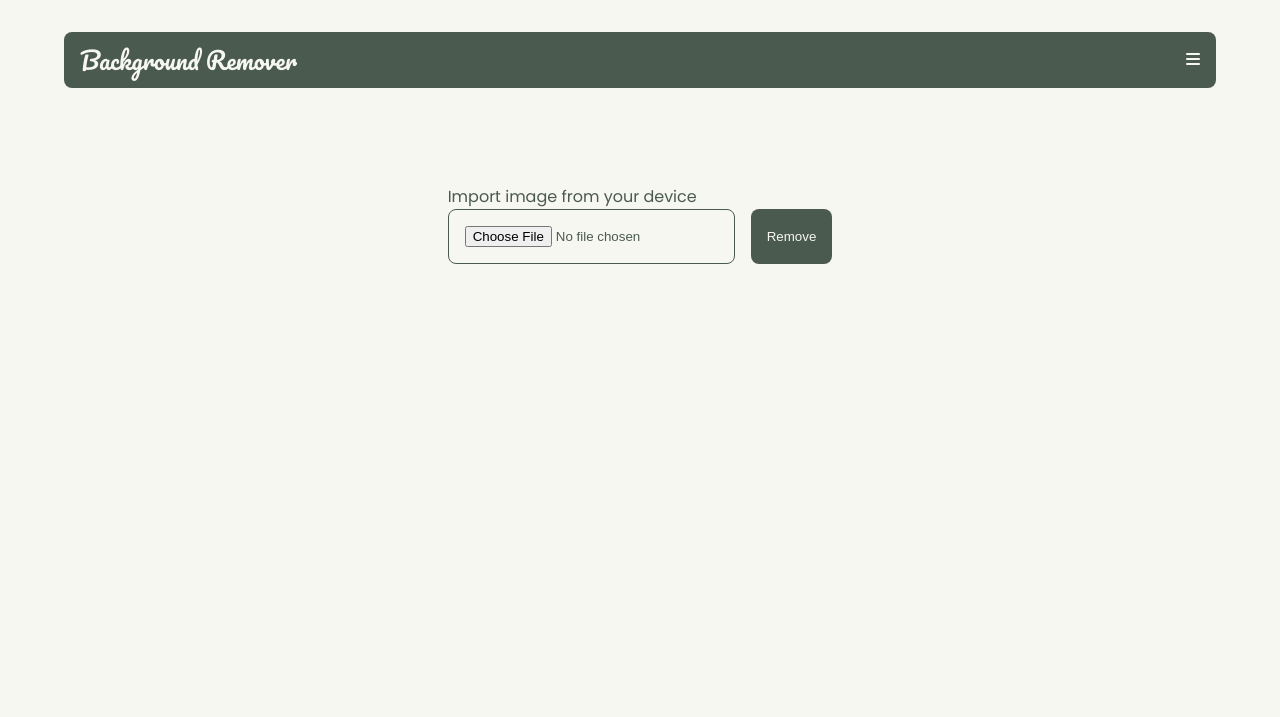
Repository: Oyasikelly/backgroundremover
Page: /
An editor plug-in stored every save of this project. The page is shown before and after the next save, followed by the edit.
The browser window is 1280 px wide. The pictures show the whole page.
Some web libraries are served in a nearby version. The project was rebuilt for these pictures with package versions that can differ from the ones it lists, and the page was loaded fresh each time. Also part of the build but not shown: vite.config.js, src/Components/SavedImages.jsx.

Above is the page before, as saved 2024-12-18 13:34:17.

### index.html
<!-- @format -->

<!DOCTYPE html>
<html lang="en">
  <head>
    <meta charset="UTF-8" />
    <link rel="icon" type="image/svg+xml" href="/vite.svg" />
    <meta name="viewport" content="width=device-width, initial-scale=1.0" />
    <title>Background Remover</title>
  </head>
  <body>
    <div id="root"></div>
    <script type="module" src="/src/main.jsx"></script>
    <script
      src="https://kit.fontawesome.com/09244cd8e5.js"
      crossorigin="anonymous"
    ></script>
  </body>
</html>

### src/App.jsx
/** @format */

// import { useState } from "react";
import { useState } from "react";
import "./App.css";
import { BrowserRouter, Routes, Route } from "react-router-dom";
import Remover from "./Components/Remover";
import SavedImages from "./Components/SavedImages";
export default function App() {
  const [menu, setMenu] = useState(false);
  const [webURL, setWebURL] = useState("");
  const [importedURL, setImportedURL] = useState("");

  return (
    <BrowserRouter>
      <div className="wrapper">
        <Routes>
          <Route
            path="/"
            element={
              <Remover
                menu={menu}
                setMenu={setMenu}
                webURL={webURL}
                setWebURL={setWebURL}
                importedURL={importedURL}
                setImportedURL={setImportedURL}
              />
            }
          />
          <Route path="/SavedImages" Component={SavedImages} />
        </Routes>
      </div>
    </BrowserRouter>
  );
}

### src/App.css
/** @format */
@import url("https://fonts.googleapis.com/css2?family=Dancing+Script:wght@400..700&family=Outfit:wght@100..900&family=Pacifico&family=Poppins:ital,wght@0,100;0,200;0,300;0,400;0,500;0,600;0,700;0,800;0,900;1,100;1,200;1,300;1,400;1,500;1,600;1,700;1,800;1,900&family=Young+Serif&display=swap");

* {
  box-sizing: border-box;
  padding: 0;
  margin: 0;
}
:root {
  --primary-color: #4b5a4f;
  --secondary-color: #f7f7f1;
  --btn-color: #8a9b8e;
}
body {
  background-color: transparent;
  padding: 0;
  margin: 0;
}
body::-webkit-scrollbar {
  display: none;
}
a {
  text-decoration: none;
  color: var(--secondary-color);
}
.container {
  background-color: var(--secondary-color);
  width: 100%;
  height: 100vh;
  overflow: scroll;
  display: flex;
  flex-direction: column;
  /* justify-content: center; */
  align-items: center;
  color: var(--primary-color);
  padding: 0rem 4rem;
  position: relative;
}
.Menu {
  background-color: var(--btn-color);
  color: var(--secondary-color);
  width: 20%;
  align-self: flex-end;
  padding: 1rem;
  position: fixed;
  top: 0;
  right: 0;
  border-radius: 0 0 0.5rem 0.5rem;
  z-index: 100;
  display: flex;
  flex-direction: column;
  gap: 1rem;
}
.Menu p {
  border: 2px solid var(--primary-color);
  padding: 0.3rem;
  border-radius: 0.3rem;
  cursor: pointer;
}
.Menu p:hover {
  background-color: var(--primary-color);
}
h2 {
  width: fit-content;
  font-family: "Pacifico", cursive;
  font-weight: 400;
  font-style: normal;
  line-height: 1.5rem;
  max-width: 30%;
}
header {
  background-color: var(--primary-color);
  color: var(--secondary-color);
  width: 100%;
  margin-bottom: 5rem;
  padding: 1rem;
  border-radius: 0.5rem;
  position: relative;
  top: 2rem;
  display: flex;
  justify-content: space-between;
  align-items: center;
}
i {
  cursor: pointer;
}
.content_container {
  display: flex;
  flex-direction: column;
  justify-content: center;
  align-items: center;
  font-family: "Poppins", serif;
}
form {
  display: flex;
  gap: 1rem;
  margin-bottom: 4rem;
}
input {
  padding: 1rem;
  border-radius: 0.5rem;
  outline: none;
  border: 1px solid var(--primary-color);
  width: 100%;
}
button {
  padding: 1rem;
  background-color: var(--primary-color);
  outline: none;
  border: none;
  border-radius: 0.5rem;
  transition: background-color 0.5s ease-in;
  color: var(--secondary-color);
}
button:hover {
  background-color: var(--btn-color);
}
p {
  align-self: flex-start;
}
.imported-img {
  margin-top: 3rem;
  display: flex;
  flex-direction: column;
  justify-content: center;
  align-items: center;
}
.imported-img form {
  /* background-color: green; */
  width: fit-content;
  display: flex;
  width: 100%;
  /* justify-content: center; */
}
.import-img {
  width: 100%;
  padding: 1rem;
  align-content: center;
}

.output_container{
  width: 350px;
  height: 350px;
  background-color: pink;
}
.output_container img{
  width: 100%;
}
@media screen and (max-width: 1024px) {
  .container {
    padding-bottom: 3rem;
  }
  .content_container {
    width: 100%;
  }
  form {
    width: 100%;
    display: flex;
    justify-content: space-between;
  }
}

.Wrap_savedImages {
  display: flex;
  flex-direction: column;
  justify-content: center;
  align-items: center;
  padding-bottom: 3rem;
}
.saved_images {
  background-color: var(--secondary-color);
  color: var(--primary-color);
  height: 100vh;
  display: grid;
  grid-template-columns: repeat(4, 1fr);
  align-content: center;
  justify-items: center;
  grid-row-gap: 1rem;
  grid-column-gap: 1rem;
}
.saved_images div {
  width: 100px;
  height: 100px;
  border: 1px solid var(--primary-color);
  border-radius: 0.5rem;
}

### src/Components/Remover.jsx
/** @format */
import { useState } from "react";
import axios from "axios";

// import chair from "../assets/chair.jpeg";
import { NavLink } from "react-router-dom";
// components
import Header from "./Header";
// import UrlImage from "./urlImage";
import ImportImage from "./importImage";
import Loading from "./Loading";

export default function Remover({
  menu,
  setMenu,
  // webURL,
  // setWebURL,
  importedURL,
  setImportedURL,
}) {
  const [outputImage, setOutputImage] = useState(""); // State to store the output image URL
  const [loading,setLoading]= useState()
  function handleMenu() {
    setMenu(() => true);
  }
  function handleCloseMenu() {
    setMenu(() => false);
  }
  // function handleWebURL(e) {
  //   setWebURL(e.target.value);
  // }
  function handleImportedURL(e) {
    setImportedURL(e.target.files[0]); // Update importedURL state with the selected file
  }

  const apiKey = "0eaf034066ed7e5c243f379b2274ee09d9f82867"; // Replace with your actual API key
  const apiEndpoint = "https://sdk.photoroom.com/v1/segment";

  // Function to remove background for URL
  // const removeBackgroundFromURL = async (imageUrl) => {
  //   try {
  //     const response = await axios.post(
  //       apiEndpoint,
  //       { image_url: imageUrl }, // API expects 'image_url', not 'url'
  //       {
  //         headers: {
  //           "x-api-key": apiKey,
  //           "Content-Type": "application/json",
  //         },
  //         responseType: "blob", // Get the response as a Blob
  //       }
  //     );

  //     const imageUrlBlob = URL.createObjectURL(response.data);
  //     console.log(imageUrlBlob);
  //     setOutputImage(imageUrlBlob);
  //   } catch (error) {
  //     console.error("Error removing background (URL):", error.response?.data || error.message);
  //   }
  // };
  // Function to remove background for imported image
  const removeBackgroundFromFile = async (file) => {
    try {
      const formData = new FormData();
      formData.append("image_file", file); // Append file to FormData

      const response = await axios.post(apiEndpoint, formData, {
        headers: {
          "x-api-key": apiKey,
          "Content-Type": "multipart/form-data",
        },
        responseType: "blob", // Ensure response is a Blob
      });

      const imageUrlBlob = URL.createObjectURL(response.data);
      setOutputImage(imageUrlBlob);
    } catch (error) {
      console.error("Error removing background (File):", error);
    }
  };

  // const handleRemoveBackground = async (e) => {
  //   e.preventDefault();
  //   if (webURL) {
  //     await removeBackgroundFromURL(webURL);
  //   } else {
  //     alert("Please provide an image URL.");
  //   }
  // };

  const handleRemoveBackground_ImportedImg = async (e) => {
    e.preventDefault();
    if (importedURL) {
      await removeBackgroundFromFile(importedURL);
    } else {
      alert("Please import an image.");
    }
  };

  return (
    <div className="container">
      {menu && (
        <div className="Menu" onClick={handleCloseMenu}>
          <span style={{ fontSize: "24px" }}>&#10006;</span>
          <NavLink to="/SavedImages">
            <p>See Saved Images</p>
          </NavLink>
        </div>
      )}
     <Header handleMenu={handleMenu}/>

      {/* Remove Background via URL */}
     {/* <UrlImage webURL={webURL} handleRemoveBackground={handleRemoveBackground} handleWebURL={handleWebURL} /> */}

      {/* Remove Background via Imported File */}
     <ImportImage handleRemoveBackground_ImportedImg={handleRemoveBackground_ImportedImg} handleImportedURL={handleImportedURL}  />


      {/* Output Image */}

      {outputImage && (
        <div className="output_container">
          <Loading />

          <h3>Background Removed Image:</h3>
         <div className="outputWrap">
          <img src={outputImage} alt="Output" />
          </div>
        </div>
      )}
    </div>
  );
}

### src/Components/Header.jsx
export default function Header({handleMenu}){
    return  <header>
    <h2>Background Remover</h2>
    <nav>
      <i className="fa-solid fa-bars" onClick={handleMenu}></i>
    </nav>
  </header>
}

### src/Components/importImage.jsx
import { motion } from "framer-motion";

export default function ImportImage({handleRemoveBackground_ImportedImg, handleImportedURL}){
    return  <main className="content_container imported-img">
    <p>Import image from your device</p>
    <form onSubmit={handleRemoveBackground_ImportedImg}>
      <input
        name="importedURL"
        className="import-img"
        type="file"
        accept="image/*"
        onChange={handleImportedURL}
      />
      <motion.button whileHover={{scale:1.2}} whileTap={{opacity:0.6}} typeof="submit">
          Remove
      </motion.button>
    </form>

  </main>
}

### src/Components/Loading.jsx
// components/LoadingSpinner.js
import { motion } from 'framer-motion';

const Loading = () => {
  return (
    <div style={styles.container}>
      <motion.div
        style={styles.spinner}
        animate={{ rotate: 360 }}
        transition={{
          repeat: Infinity,
          duration: 2, // Duration of one full rotation
          ease: "linear",
        }}
      >
        <div style={styles.innerCircle}></div>
      </motion.div>
    </div>
  );
};

const styles = {
  container: {
    display: 'flex',
    justifyContent: 'center',
    alignItems: 'center',
    width:"100%",
    height: '100%', // Full screen height
    backgroundColor:"gray"
  },
  spinner: {
    width: '50px',
    height: '50px',
    border: '5px solid #ccc',
    borderTop: '5px solid #3498db',
    borderRadius: '50%',
    display: 'flex',
    justifyContent: 'center',
    alignItems: 'center',
  },
  innerCircle: {
    width: '20px',
    height: '20px',
    backgroundColor: '#3498db',
    borderRadius: '50%',
  },
};

export default Loading;

Loaded but not shown: src/main.jsx (common file); src/index.css (no stored copy; drawn as an empty file)

After the next save:
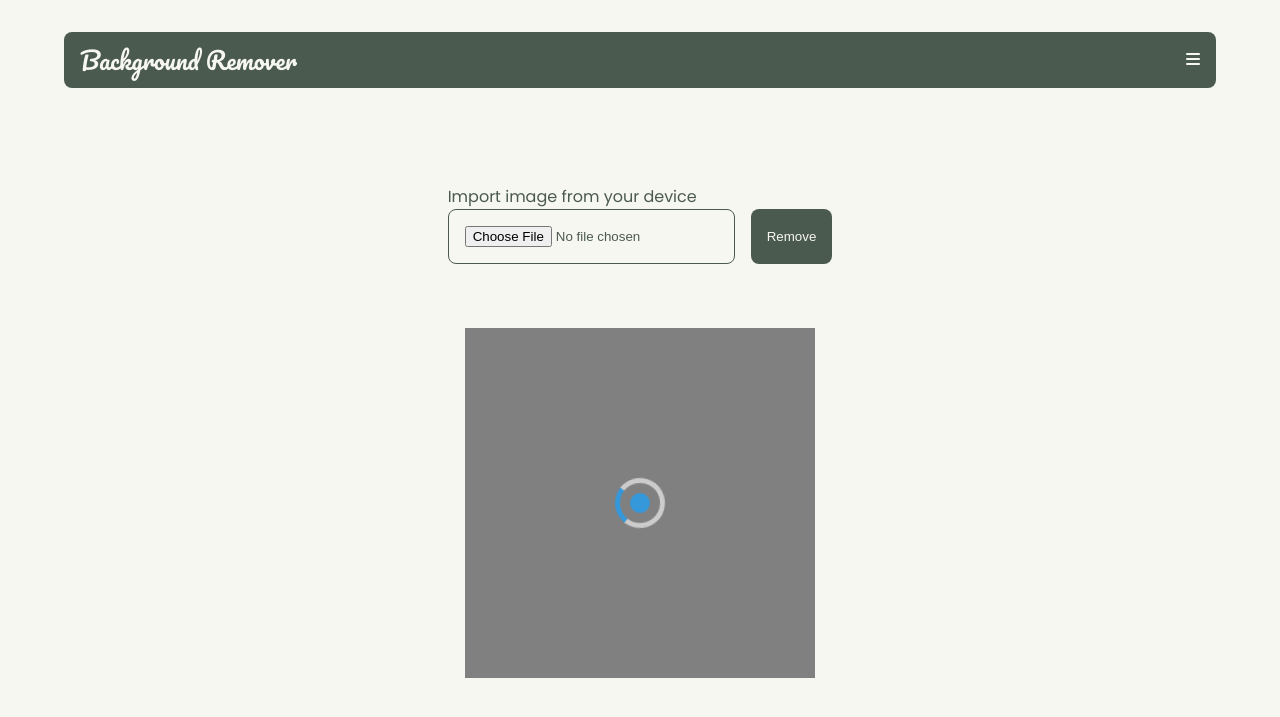
Saved 89 s later.
--- a/src/Components/Remover.jsx
+++ b/src/Components/Remover.jsx
@@ -19,7 +19,7 @@ export default function Remover({
   setImportedURL,
 }) {
   const [outputImage, setOutputImage] = useState(""); // State to store the output image URL
-  const [loading,setLoading]= useState()
+  const [loading,setLoading]= useState(false)
   function handleMenu() {
     setMenu(() => true);
   }
@@ -118,16 +118,17 @@ export default function Remover({
 
       {/* Output Image */}
 
-      {outputImage && (
         <div className="output_container">
           <Loading />
-
+      {outputImage && (
+        <>
           <h3>Background Removed Image:</h3>
          <div className="outputWrap">
           <img src={outputImage} alt="Output" />
           </div>
+        </>
+        )}
         </div>
-      )}
     </div>
   );
 }
